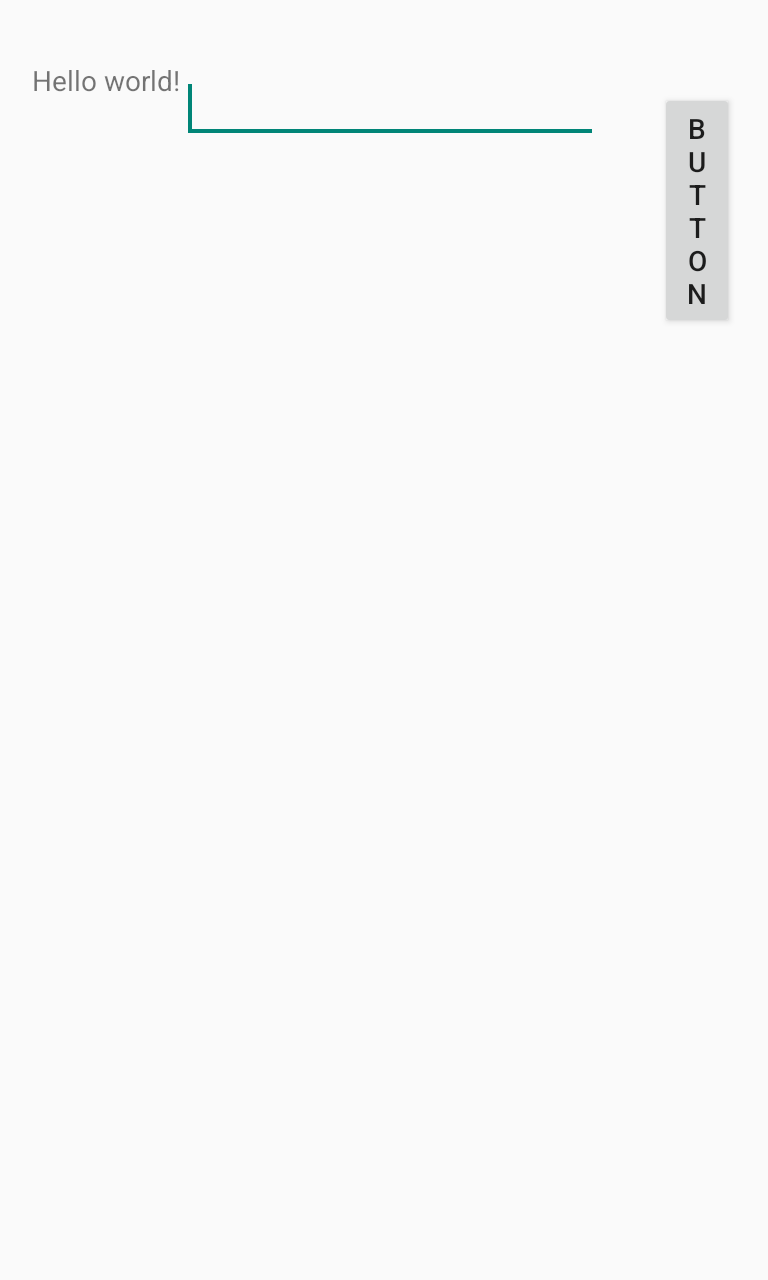
Repository: brayanpastor/Clases_Android
Layout: Ejemplo/res/layout/activity_main.xml
The author's editor kept a copy of each file at every save. The layout is drawn from the files as they stood at one save, then again after the next save.
It is drawn on a 768 x 1280 px phone screen (xhdpi) without system bars, with theme AppTheme; the app's code is not run.

Above is the layout before, as saved 2014-06-01 23:00:42.

### Ejemplo/res/layout/activity_main.xml
<LinearLayout xmlns:android="http://schemas.android.com/apk/res/android"
    xmlns:tools="http://schemas.android.com/tools"
    android:layout_width="match_parent"
    android:layout_height="match_parent"
    android:paddingBottom="@dimen/activity_vertical_margin"
    android:paddingLeft="@dimen/activity_horizontal_margin"
    android:paddingRight="@dimen/activity_horizontal_margin"
    android:paddingTop="@dimen/activity_vertical_margin"
    tools:context="com.brayanpastor.ejemplo.MainActivity$PlaceholderFragment" >

    <TextView
        android:id="@+id/textView1"
        android:layout_width="wrap_content"
        android:layout_height="wrap_content"
        android:text="@string/hello_world" />

    <EditText
        android:id="@+id/editText1"
        android:layout_width="wrap_content"
        android:layout_height="wrap_content"

        android:layout_marginTop="16dp"
        android:ems="10" >

        <requestFocus />
    </EditText>

    <Button
        android:id="@+id/button1"
        android:layout_width="wrap_content"
        android:layout_height="wrap_content"

        android:layout_marginLeft="29dp"
        android:layout_marginTop="24dp"
        android:text="Button" />

</LinearLayout>

### Ejemplo/res/values/strings.xml
<?xml version="1.0" encoding="utf-8"?>
<resources>

    <string name="app_name">Ejemplo</string>
    <string name="hello_world">Hello world!</string>
    <string name="action_settings">Settings</string>

</resources>

Loaded but not shown: Ejemplo/res/values/styles.xml (common file); Ejemplo/res/values-v11/styles.xml (common file); Ejemplo/res/values-v14/styles.xml (common file); Ejemplo/res/values/dimens.xml (common file); Ejemplo/res/values-w820dp/dimens.xml (common file)

After the next save:
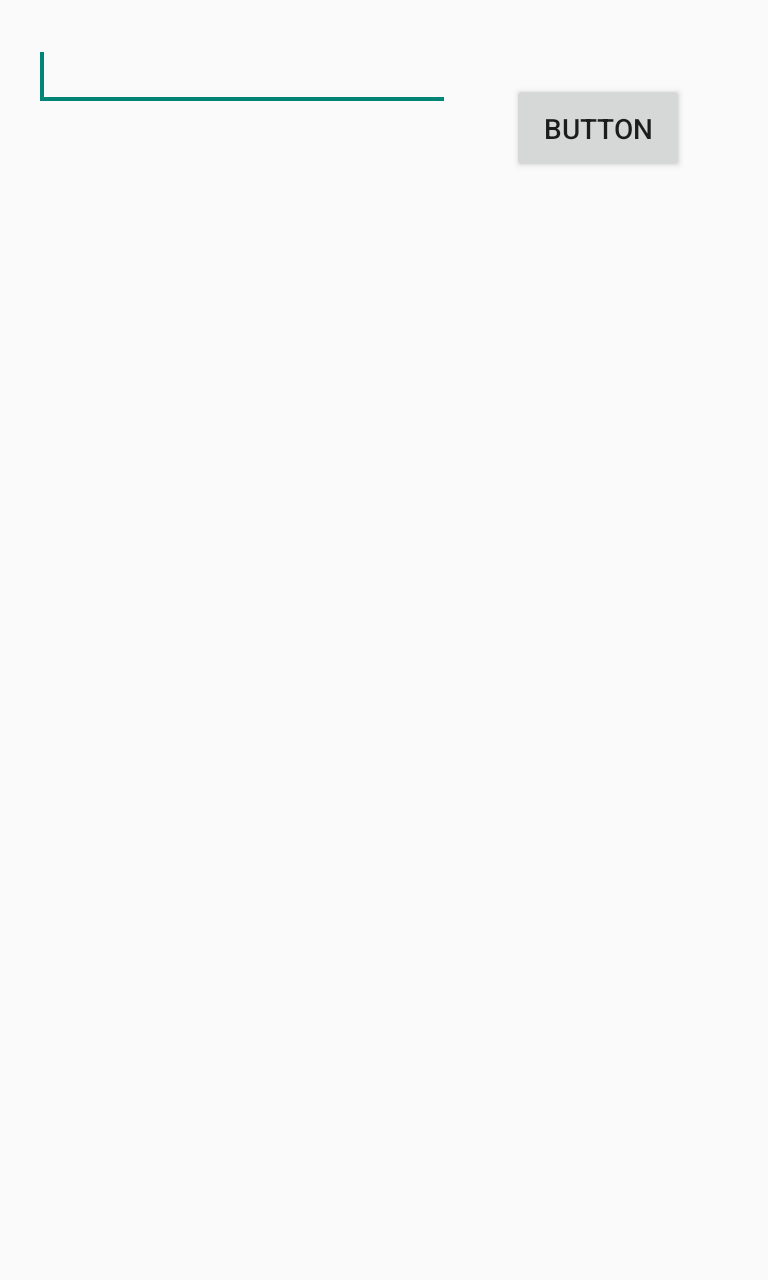
Saved 46 s later.
--- a/Ejemplo/res/layout/activity_main.xml
+++ b/Ejemplo/res/layout/activity_main.xml
@@ -9,17 +9,15 @@
     tools:context="com.brayanpastor.ejemplo.MainActivity$PlaceholderFragment" >
 
     <TextView
-        android:id="@+id/textView1"
+        android:id="@+id/txt_msg"
         android:layout_width="wrap_content"
         android:layout_height="wrap_content"
-        android:text="@string/hello_world" />
+         />
 
     <EditText
-        android:id="@+id/editText1"
+        android:id="@+id/edit_name"
         android:layout_width="wrap_content"
         android:layout_height="wrap_content"
-
-        android:layout_marginTop="16dp"
         android:ems="10" >
 
         <requestFocus />
